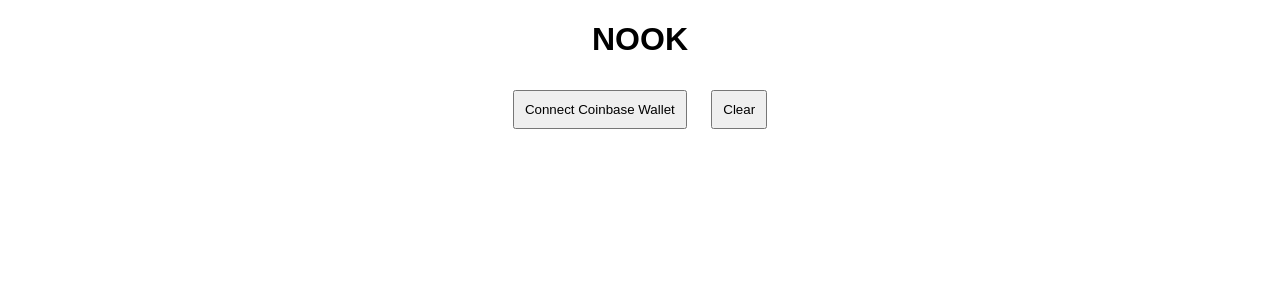
Repository: JoeIsaacson/_nook
Page: core.html
These files come from the project's save history. The page is drawn as it stood at one moment and after the next save; the edit follows.
The browser window is 1280 px wide. The pictures show the whole page.

Above is the page before, as saved 2024-09-08 12:58:08.

### core.html
<!DOCTYPE html>
<html lang="en">
<head>
    <meta charset="UTF-8">
    <meta name="viewport" content="width=device-width, initial-scale=1.0">
    <title>nook</title>
    <style>
        body { font-family: Arial, sans-serif; text-align: center; }
        button { margin: 10px; padding: 10px; }
    </style>
    <script src="https://cdn.jsdelivr.net/npm/web3@1.5.2/dist/web3.min.js"></script>
    <script src="https://unpkg.com/@coinbase/wallet-sdk@3.6.3/dist/index.min.js"></script>
</head>
<body>
    <h1>NOOK</h1>
    <button onclick="connectCoinbaseWallet()">Connect Coinbase Wallet</button>
    <button onclick="clearMemory()">Clear</button>
    <div id="wallet-info"></div>

    <script>
        let web3;
        let provider;

        const USDC_ADDRESS = '0xA0b86991c6218b36c1d19D4a2e9Eb0cE3606eB48';
        const USDC_ABI = [{"constant":true,"inputs":[{"name":"_owner","type":"address"}],"name":"balanceOf","outputs":[{"name":"balance","type":"uint256"}],"type":"function"}];

        async function connectCoinbaseWallet() {
            const CoinbaseWalletSDK = window.CoinbaseWalletSDK;
            const coinbaseWallet = new CoinbaseWalletSDK({
                appName: "NOOK",
                appLogoUrl: "https://example.com/logo.png",
                darkMode: false
            });

            provider = coinbaseWallet.makeWeb3Provider("https://mainnet.infura.io/v3/6b5b19c61d1341ed91e2e9cf43dd8280", 1);

            try {
                const accounts = await provider.request({ method: 'eth_requestAccounts' });
                web3 = new Web3(provider);
                await updateWalletInfo(accounts[0]);
            } catch (error) {
                console.error('Failed to connect Coinbase Wallet:', error);
                document.getElementById('wallet-info').innerHTML = 'Failed to connect Coinbase Wallet';
            }
        }

        async function getUSDCBalance(address) {
            try {
                const usdcContract = new web3.eth.Contract(USDC_ABI, USDC_ADDRESS);
                const balance = await usdcContract.methods.balanceOf(address).call();
                return (balance / 1e6).toFixed(2); // USDC has 6 decimal places
            } catch (error) {
                console.error('Error getting USDC balance:', error);
                return null;
            }
        }

        async function updateWalletInfo(account) {
            const usdcBalance = await getUSDCBalance(account);

            let infoHtml = `Connected: ${account}`;
            if (usdcBalance !== null) {
                infoHtml += `<br>USDC Balance: ${usdcBalance} USDC`;
            } else {
                infoHtml += `<br>Failed to fetch USDC balance`;
            }
            document.getElementById('wallet-info').innerHTML = infoHtml;
        }

        function clearMemory() {
            // Reset variables
            web3 = undefined;
            provider = undefined;

            // Clear the wallet info display
            document.getElementById('wallet-info').innerHTML = '';

            // If a provider is connected, disconnect it
            if (provider && provider.disconnect) {
                provider.disconnect();
            }

            // Remove event listeners
            if (provider) {
                provider.removeAllListeners();
            }

            console.log('Memory cleared');
        }

        // Event listeners
        if (provider) {
            provider.on("accountsChanged", async (accounts) => {
                await updateWalletInfo(accounts[0]);
            });

            provider.on("chainChanged", (chainId) => {
                console.log('Chain changed:', chainId);
            });

            provider.on("disconnect", (code, reason) => {
                console.log('Disconnected:', code, reason);
                document.getElementById('wallet-info').innerHTML = 'Wallet disconnected';
            });
        }
    </script>
</body>
</html>

After the next save:
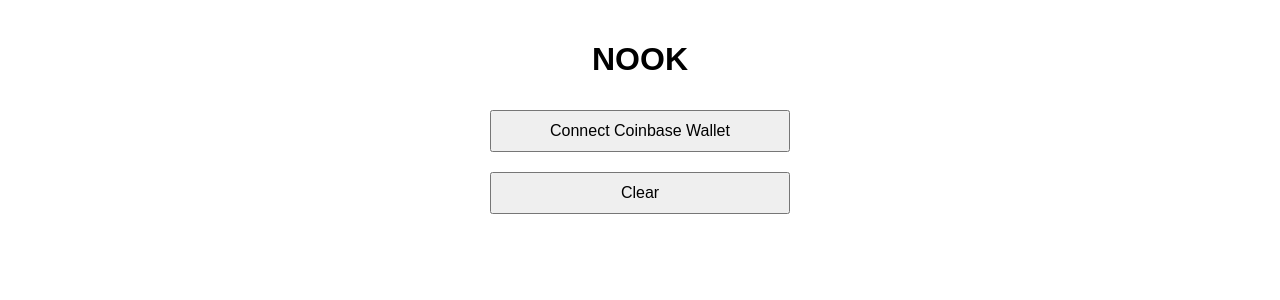
Saved 2 min 52 s later.
--- a/core.html
+++ b/core.html
@@ -3,10 +3,25 @@
 <head>
     <meta charset="UTF-8">
     <meta name="viewport" content="width=device-width, initial-scale=1.0">
-    <title>nook</title>
+    <title>JOEYS APP</title>
     <style>
-        body { font-family: Arial, sans-serif; text-align: center; }
-        button { margin: 10px; padding: 10px; }
+        body {
+            font-family: Arial, sans-serif;
+            text-align: center;
+            padding: 20px;
+            max-width: 600px;
+            margin: 0 auto;
+        }
+        button {
+            margin: 10px;
+            padding: 10px 20px;
+            font-size: 16px;
+            width: 100%;
+            max-width: 300px;
+        }
+        #wallet-info {
+            word-break: break-all;
+        }
     </style>
     <script src="https://cdn.jsdelivr.net/npm/web3@1.5.2/dist/web3.min.js"></script>
     <script src="https://unpkg.com/@coinbase/wallet-sdk@3.6.3/dist/index.min.js"></script>
@@ -24,6 +39,10 @@
         const USDC_ADDRESS = '0xA0b86991c6218b36c1d19D4a2e9Eb0cE3606eB48';
         const USDC_ABI = [{"constant":true,"inputs":[{"name":"_owner","type":"address"}],"name":"balanceOf","outputs":[{"name":"balance","type":"uint256"}],"type":"function"}];
 
+        function isMobile() {
+            return /Android|webOS|iPhone|iPad|iPod|BlackBerry|IEMobile|Opera Mini/i.test(navigator.userAgent);
+        }
+
         async function connectCoinbaseWallet() {
             const CoinbaseWalletSDK = window.CoinbaseWalletSDK;
             const coinbaseWallet = new CoinbaseWalletSDK({
@@ -32,15 +51,28 @@
                 darkMode: false
             });
 
-            provider = coinbaseWallet.makeWeb3Provider("https://mainnet.infura.io/v3/6b5b19c61d1341ed91e2e9cf43dd8280", 1);
-
-            try {
-                const accounts = await provider.request({ method: 'eth_requestAccounts' });
-                web3 = new Web3(provider);
-                await updateWalletInfo(accounts[0]);
-            } catch (error) {
-                console.error('Failed to connect Coinbase Wallet:', error);
-                document.getElementById('wallet-info').innerHTML = 'Failed to connect Coinbase Wallet';
+            if (isMobile()) {
+                // Mobile-specific connection logic
+                provider = coinbaseWallet.makeWeb3Provider("https://mainnet.infura.io/v3/6b5b19c61d1341ed91e2e9cf43dd8280", 1);
+                try {
+                    const accounts = await provider.request({ method: 'eth_requestAccounts' });
+                    web3 = new Web3(provider);
+                    await updateWalletInfo(accounts[0]);
+                } catch (error) {
+                    console.error('Failed to connect Coinbase Wallet on mobile:', error);
+                    document.getElementById('wallet-info').innerHTML = 'Failed to connect Coinbase Wallet on mobile';
+                }
+            } else {
+                // Desktop connection logic
+                provider = coinbaseWallet.makeWeb3Provider("https://mainnet.infura.io/v3/6b5b19c61d1341ed91e2e9cf43dd8280", 1);
+                try {
+                    const accounts = await provider.request({ method: 'eth_requestAccounts' });
+                    web3 = new Web3(provider);
+                    await updateWalletInfo(accounts[0]);
+                } catch (error) {
+                    console.error('Failed to connect Coinbase Wallet:', error);
+                    document.getElementById('wallet-info').innerHTML = 'Failed to connect Coinbase Wallet';
+                }
             }
         }
 
